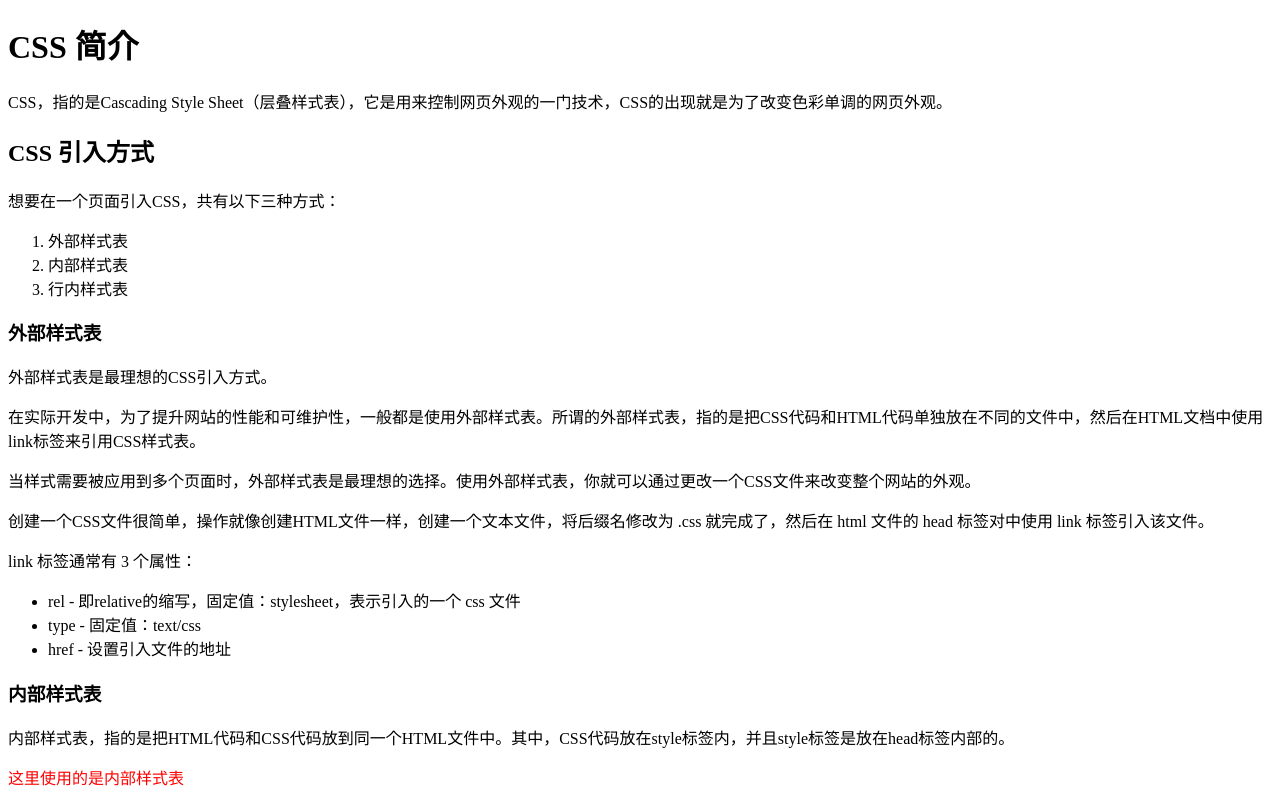
Repository: liang-n/front-end-basics
Page: 11-CSS简介.html
These files come from the project's save history. The page is drawn as it stood at one moment and after the next save; the edit follows.
The browser window is 1280 px wide. The pictures show the whole page.

Above is the page before, as saved 2022-05-15 22:48:27.

### 11-CSS简介.html
<!DOCTYPE html>

<head>
    <meta charset="UTF-8">
    <title>11-CSS简介</title>

    <!--link 标签引用外部 css 文件示例-->
    <link rel="stylesheet" type="text/css" href="css/11-css.css">

    <!--style 标签示例-->
    <style type="text/css">
        div {
            color: red
        }
    </style>
</head>

<body>
    <h1>CSS 简介</h1>

    <p>CSS，指的是Cascading Style Sheet（层叠样式表），它是用来控制网页外观的一门技术，CSS的出现就是为了改变色彩单调的网页外观。</p>

    <h2>CSS 引入方式</h2>

    <p>想要在一个页面引入CSS，共有以下三种方式：</p>
    <ol>
        <li>外部样式表</li>
        <li>内部样式表</li>
        <li>行内样式表</li>
    </ol>

    <h3>外部样式表</h3>

    <p>外部样式表是最理想的CSS引入方式。</p>
    <p>在实际开发中，为了提升网站的性能和可维护性，一般都是使用外部样式表。所谓的外部样式表，指的是把CSS代码和HTML代码单独放在不同的文件中，然后在HTML文档中使用link标签来引用CSS样式表。</p>
    <p>当样式需要被应用到多个页面时，外部样式表是最理想的选择。使用外部样式表，你就可以通过更改一个CSS文件来改变整个网站的外观。</p>
    <p>创建一个CSS文件很简单，操作就像创建HTML文件一样，创建一个文本文件，将后缀名修改为 .css 就完成了，然后在 html 文件的 head 标签对中使用 link 标签引入该文件。</p>
    <p>link 标签通常有 3 个属性：</p>
    <ul>
        <li>rel - 即relative的缩写，固定值：stylesheet，表示引入的一个 css 文件</li>
        <li>type - 固定值：text/css</li>
        <li>href - 设置引入文件的地址</li>
    </ul>
    <!--link 标签引用文件的示例在 head 标签中-->

    <h3>内部样式表</h3>

    <p>内部样式表，指的是把HTML代码和CSS代码放到同一个HTML文件中。其中，CSS代码放在style标签内，并且style标签是放在head标签内部的。</p>
    <!--style 标签的示例在 head 标签中-->
    <div>这里使用的是内部样式表</div>
</body>

</html>

Loaded but not shown: css/11-css.css (no stored copy; drawn as an empty file)

After the next save:
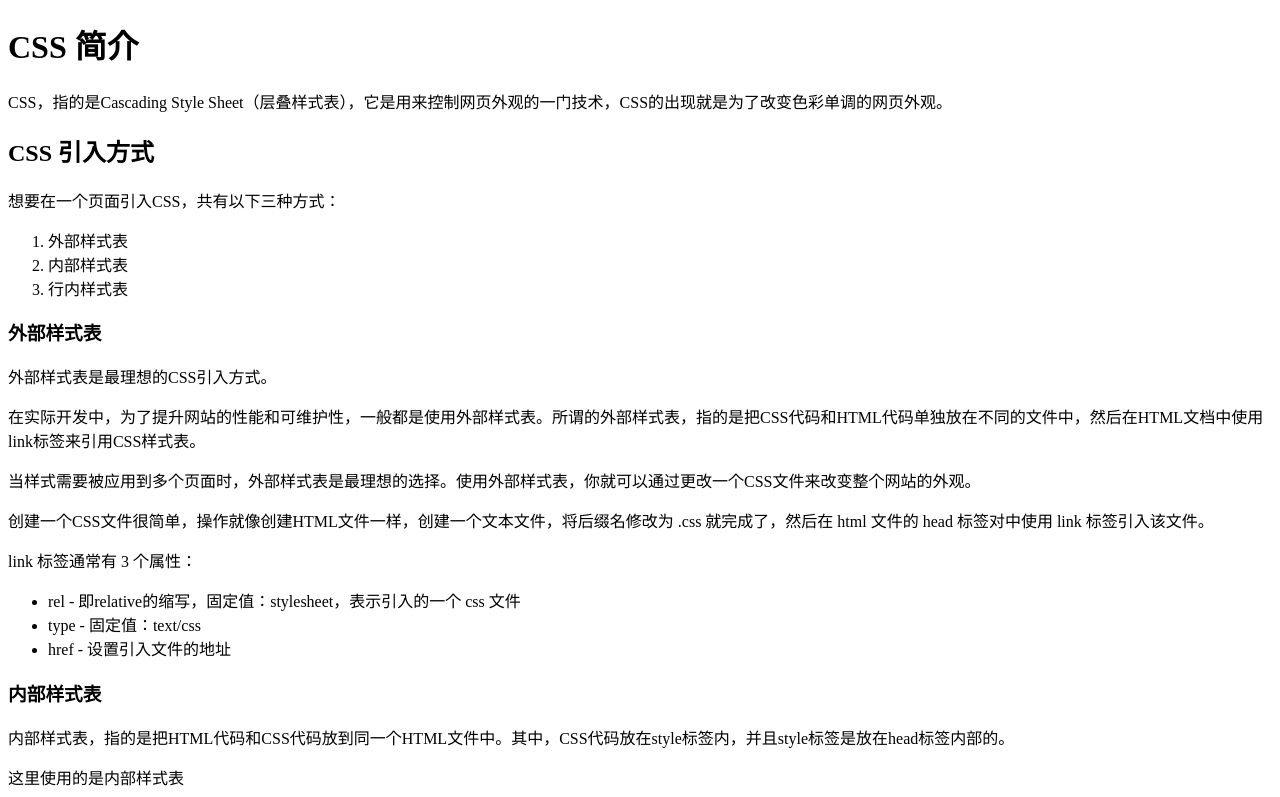
Saved 22 s later.
--- a/11-CSS简介.html
+++ b/11-CSS简介.html
@@ -10,7 +10,7 @@
     <!--style 标签示例-->
     <style type="text/css">
         div {
-            color: red
+            color:
         }
     </style>
 </head>
